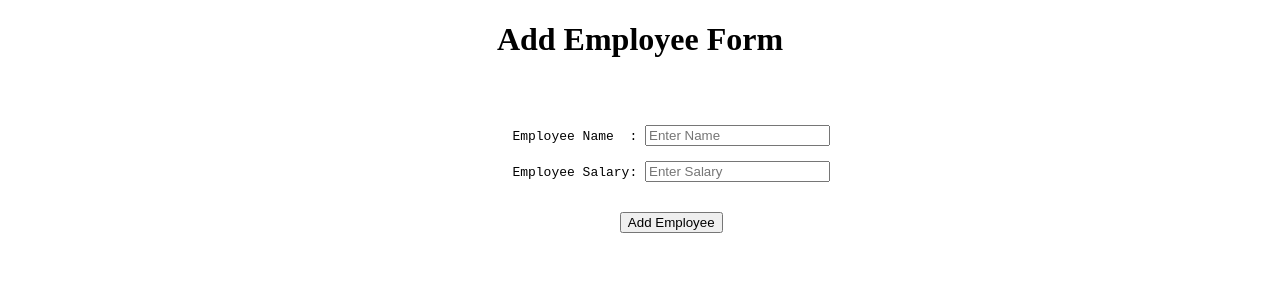
Repository: yashmodi2429/Programs
Page: http://localhost/Employee/addproject.jsp
An editor plug-in stored every save of this project. The page is shown before and after the next save, followed by the edit.
The browser window is 1280 px wide. The pictures show the whole page.
The page is served by Tomcat 9. Other server files are loaded and not shown.

Above is the page before, as saved 2019-02-25 10:04:34.

### Employee/WebContent/addproject.jsp
<%@ page language="java" contentType="text/html; charset=ISO-8859-1"
    pageEncoding="ISO-8859-1"%>
<!DOCTYPE html PUBLIC "-//W3C//DTD HTML 4.01 Transitional//EN" "http://www.w3.org/TR/html4/loose.dtd">
<html>
<head>
<meta http-equiv="Content-Type" content="text/html; charset=ISO-8859-1">
<title>Insert title here</title>
</head>
<body>
<center>
	<h1>Add Employee Form</h1>
	<pre>
<form action ="AddEmployee" method="post" >
<div>

	Employee Name  : <input type ="text" name="name" autocomplete="off" placeholder="Enter Name"><br>
	Employee Salary: <input type="text" name="salary" autocomplete="off" placeholder="Enter Salary"><br>

	<input type ="submit" value="Add Employee">
	</div>
</form>
</pre>
<img src="" style="width: 23%;"/>
	</center>
</body>
</html>

After the next save:
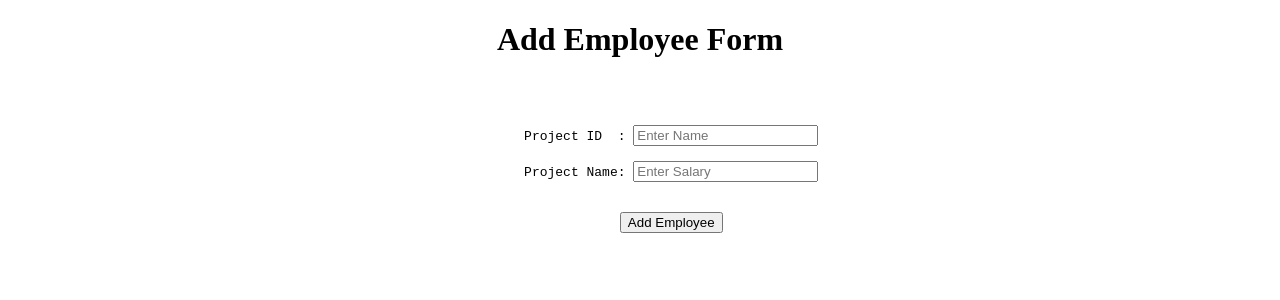
Saved 37 s later.
--- a/Employee/WebContent/addproject.jsp
+++ b/Employee/WebContent/addproject.jsp
@@ -13,8 +13,8 @@
 <form action ="AddEmployee" method="post" >
 <div>
 
-	Employee Name  : <input type ="text" name="name" autocomplete="off" placeholder="Enter Name"><br>
-	Employee Salary: <input type="text" name="salary" autocomplete="off" placeholder="Enter Salary"><br>
+	Project ID  : <input type ="text" name="name" autocomplete="off" placeholder="Enter Name"><br>
+	Project Name: <input type="text" name="salary" autocomplete="off" placeholder="Enter Salary"><br>
 
 	<input type ="submit" value="Add Employee">
 	</div>
